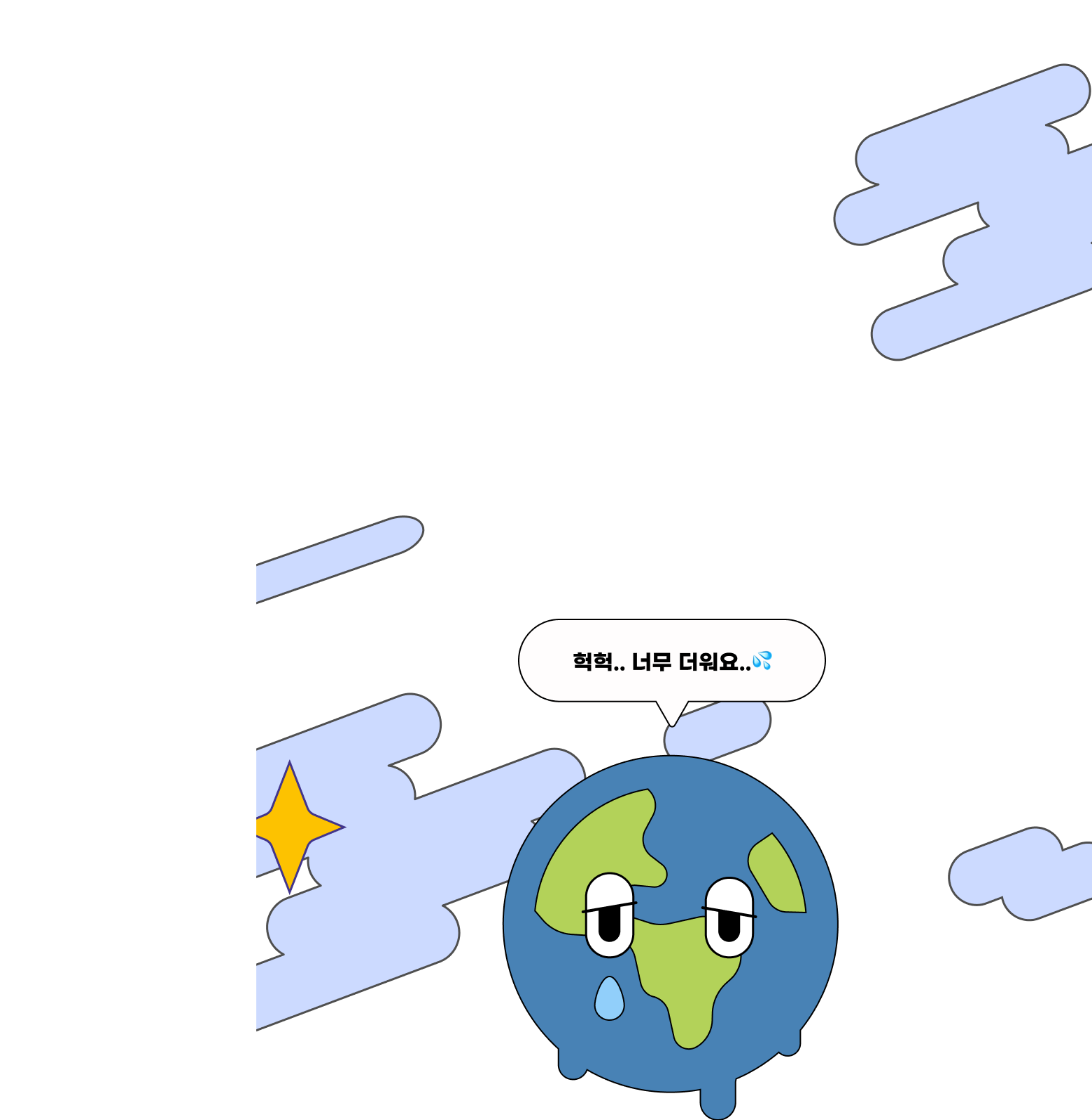
Repository: Sopkathon-30th-2/frontend
Page: /
These files come from the project's save history. The page is drawn as it stood at one moment and after the next save; the edit follows.
The browser window is 1280 px wide. The page is 1560 px wide, so the pictures cover 1560 px, including what lies to the right of the window. The pictures show the part of the page from y = 0 to 1600 px (the page is 4606 px tall before and 4616 px after), at 70% of full size.
The project was rebuilt for these pictures with package versions that can differ from the ones it lists, and the page was loaded fresh each time. Also part of the build but not shown: src/components/common/ErrorBoundary.jsx, src/components/common/ErrorComponent.jsx, src/components/common/Loading.jsx, src/utils/wrapPromise.js, src/lib/index.js, src/pages/Sample.jsx, src/pages/ResultPage.jsx, src/components/common/Header.jsx and 1 more.

Above is the page before, as saved 2022-05-22 06:07:00.

After the next save:
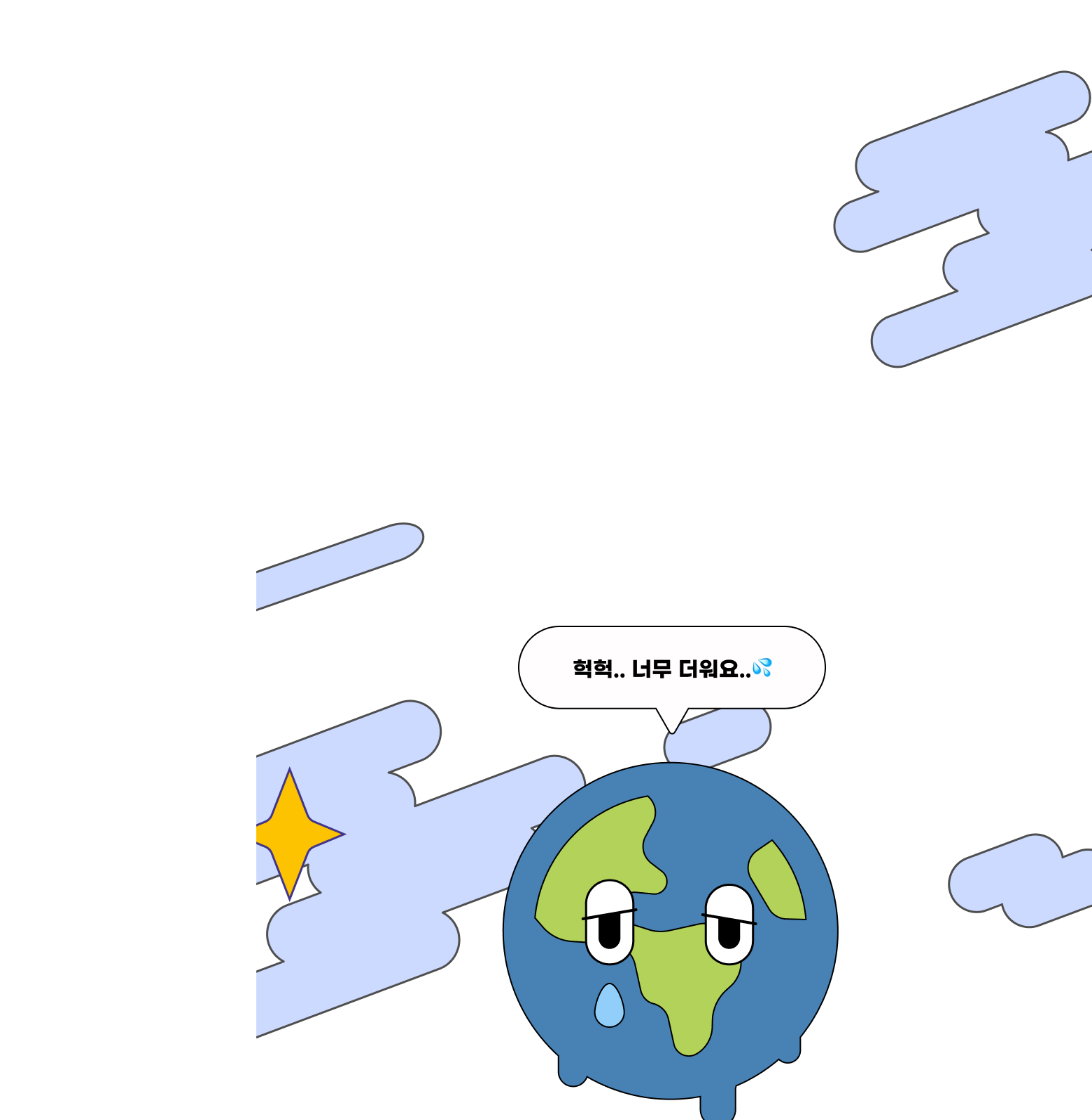
Saved 16 s later.
--- a/src/pages/MainPage.jsx
+++ b/src/pages/MainPage.jsx
@@ -33,6 +33,7 @@
 
   return (
     <>
+      <TitleContainer></TitleContainer>
       <BackgroundIMG src={Frame} />
       <MainPageLogo src={Logo} />
       <GoogleLogin
